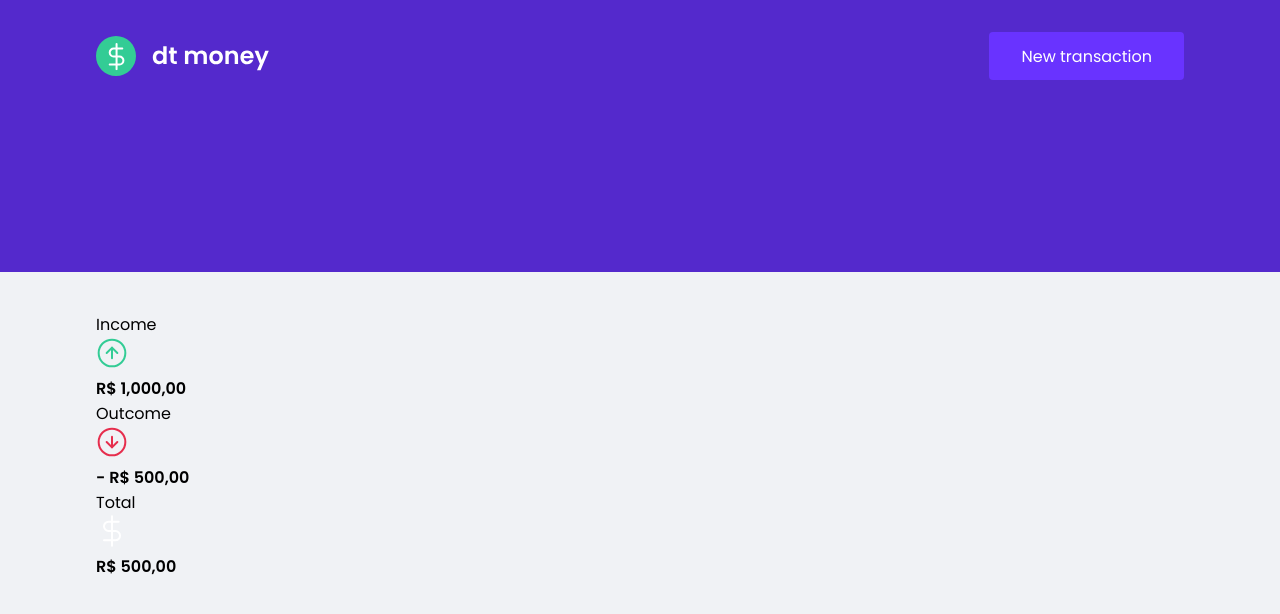
Repository: JoseGu1llardi/dtmoney
Page: /
An editor plug-in stored every save of this project. The page is shown before and after the next save, followed by the edit.
The browser window is 1280 px wide. The pictures show the whole page.
The project was rebuilt for these pictures with package versions that can differ from the ones it lists, and the page was loaded fresh each time.

Above is the page before, as saved 2022-12-30 14:59:11.

### public/index.html
<!DOCTYPE html>
<html lang="en">
  <head>
    <link rel="preconnect" href="https://fonts.googleapis.com" />
    <link rel="preconnect" href="https://fonts.gstatic.com" crossorigin />

    <meta charset="utf-8" />
    <meta name="viewport" content="width=device-width, initial-scale=1" />

    <link
      href="https://fonts.googleapis.com/css2?family=Poppins:wght@400;600&display=swap"
      rel="stylesheet"
    />

    <link rel="shortcut icon" href="favicon.png" type="image/png" />

    <title>Guillardi Money</title>
  </head>
  <body>
    <noscript>You need to enable JavaScript to run this app.</noscript>
    <div id="root"></div>
  </body>
</html>

### src/index.tsx
import { StrictMode } from 'react';
import { createRoot } from 'react-dom/client';
import { App } from './App';

const root = createRoot(
  document.getElementById('root') as HTMLElement
);
root.render(
  <StrictMode>
    <App />
  </StrictMode>
);

### src/App.tsx
import { Dashboard } from "./components/Dashboard";
import { Header } from "./components/Header";

import { GlobalStyle } from "./styles/global";

export function App() {
  return (
    <>
      <Header />
      <Dashboard />
      <GlobalStyle />
    </>
  );
}

### src/components/Dashboard/index.tsx
import { Summary } from "../Summary";

import { Container } from "./styles";


export function Dashboard() {
    return (
        <Container>
            <Summary />
        </Container>
    )
}

### src/components/Header/index.tsx
import logoImg from '../../assets/logo.svg'
import { Container, Content } from './styles'

export function Header() {
    return (
        <Container>
            <Content>
                <img src={logoImg} alt="Logo Guillardi Money" />
                <button>
                    New transaction
                </button>
            </Content>
        </Container>
    )
}

### src/styles/global.ts
import { createGlobalStyle } from "styled-components";

export const GlobalStyle = createGlobalStyle`
    :root {
        --background: #F0F2F5;
        --red: #e52e4d;
        --blue: #5429cc;
        --green: #33cc95;

        --blue-light: #6933ff;

        --text-title: #363f5f;
        --text-body: #969cb3;

        --background: #f0f2f5;
        --shape: #ffffff;
    }

    * {
        margin: 0;
        padding: 0;
        box-sizing: border-box;
    }

    html {
        @media (max-width: 1080px) {
            font-size: 93.75%;

        @media (max-width: 720px) {
            font-size: 87.5%;
        }
    }

    }

    body {
        background: var(--background);
        -webkit-font-smoothing: antialiased;
    }

    body, input, textarea, button {
        font-family: 'Poppins', sans-serif;
        font-weight: 400;
    }

    h1, h2, h3, h4, h5, h6, strong {
        font-weight: 600;
    }

    button {
        cursor: pointer;
    }

    [disabled] {
        opacity: 0.6;
        cursor: not-allowed;
    }
`;

### src/components/Summary/index.tsx
import { Container } from './styles';

import incomeImg from '../../assets/income.svg';
import outcomeImg from '../../assets/outcome.svg';
import totalImg from '../../assets/total.svg';

export function Summary() {
    return (
        <Container>
            <div>
                <header>
                    <p>Income</p>
                    <img src={incomeImg} alt="Logo income" />
                </header>
                <strong>R$ 1,000,00</strong>
            </div>

            <div>
                <header>
                    <p>Outcome</p>
                    <img src={outcomeImg} alt="Logo outcome" />
                </header>
                <strong>- R$ 500,00</strong>
            </div>

            <div>
                <header>
                    <p>Total</p>
                    <img src={totalImg} alt="Logo total" />
                </header>
                <strong>R$ 500,00</strong>
            </div>
        </Container>
    )
}

### src/components/Header/styles.ts
import styled from "styled-components";

export const Container = styled.header`
  background: var(--blue);
`;

export const Content = styled.div`
  max-width: 1120px;
  margin: 0 auto;

  padding: 2rem 1rem 12rem;
  display: flex;
  align-items: center;
  justify-content: space-between;

  button {
    font-size: 1rem;
    color: white;
    background: var(--blue-light);
    border: 0;
    padding: 0 2rem;
    border-radius: 0.25rem;
    height: 3rem;

    transition: filter 0.2s;

    &:hover {
      filter: brightness(0.9);
    }
  }
`;

### src/components/Summary/styles.ts
import styled from "styled-components";

export const Container = styled.div`
  display: grid;
  grid-template-collumns: repeat(3, 1fr);
`;

Loaded but not shown: src/components/Dashboard/styles.ts (common file)

After the next save:
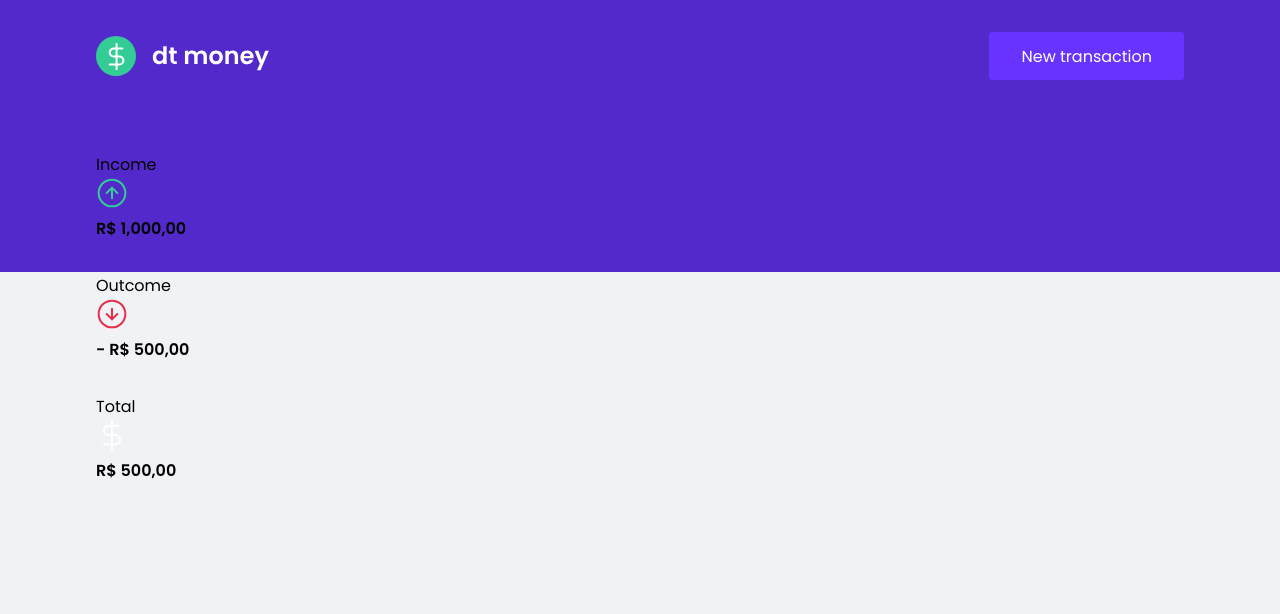
Saved 78 s later.
--- a/src/components/Summary/styles.ts
+++ b/src/components/Summary/styles.ts
@@ -3,4 +3,6 @@ import styled from "styled-components";
 export const Container = styled.div`
   display: grid;
   grid-template-collumns: repeat(3, 1fr);
+  gap: 2rem;
+  margin-top: -10rem;
 `;
